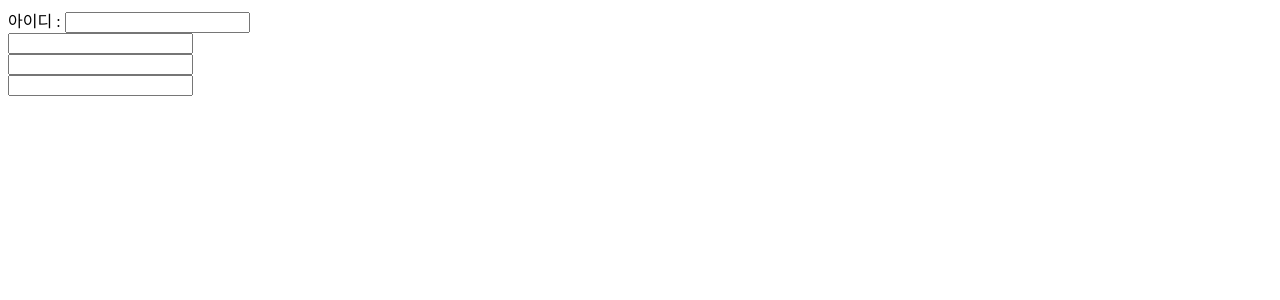
Repository: yesaroun/Web-Shop
Page: pro06/WebContent/login.html
The author's editor kept a copy of each file at every save. The page is drawn from the files as they stood at one save, then again after the next save.
The browser window is 1280 px wide. The pictures show the whole page.

Above is the page before, as saved 2022-04-30 08:48:22.

After the next save:
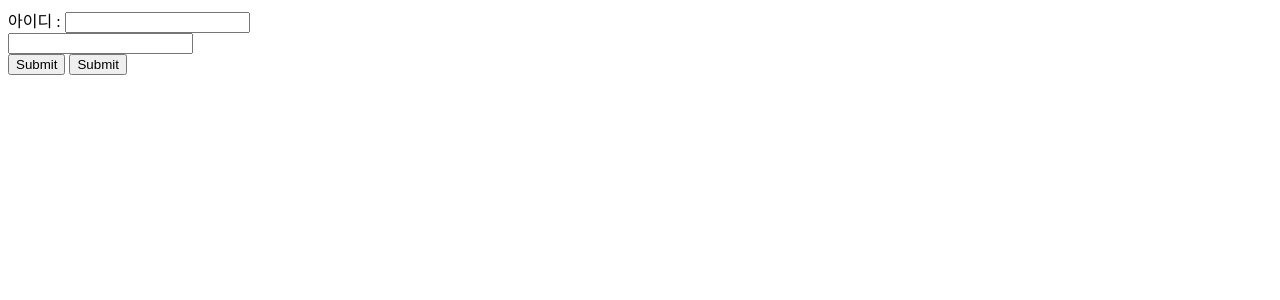
Saved 12 s later.
--- a/pro06/WebContent/login.html
+++ b/pro06/WebContent/login.html
@@ -9,8 +9,8 @@
 		<form name="frmLogin" method="get" action="login" encType="UTF-8">
 			아이디 : <input type="text" name="userId" /> <br />
 			<input type="text" /> <br />
-			<input type="text" /> <br />
-			<input type="text" /> <br />
+			<input type="submit" />
+			<input type="submit" /> <br />
 		</form>
 	</div>
 </body>
